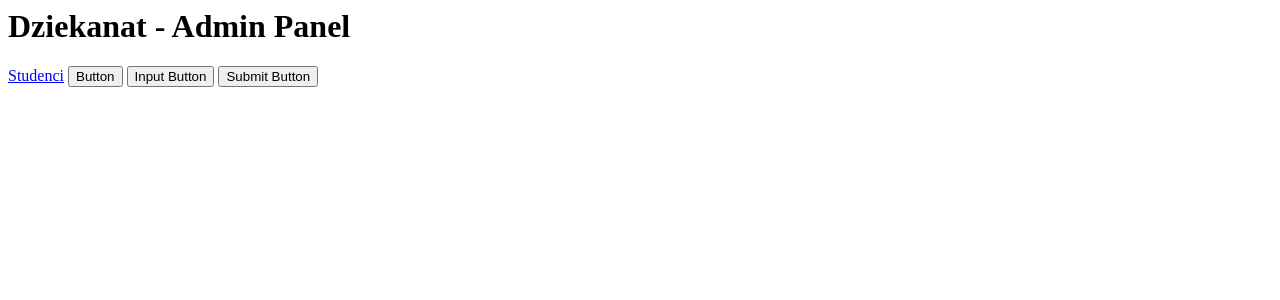
Repository: wojciechDrozd/php
Page: http://localhost/adminMenuBar.php
The author's editor kept a copy of each file at every save. The page is drawn from the files as they stood at one save, then again after the next save.
The browser window is 1280 px wide. The pictures show the whole page.
The page is run by PHP 8.4 with error messages shown; the project is at /var/www/html/.

Above is the page before, as saved 2017-04-12 19:24:51.

After the next save:
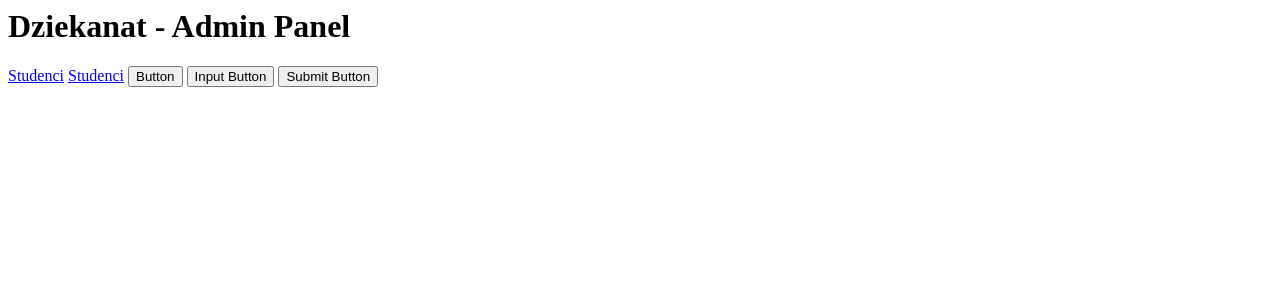
Saved 44 s later.
--- a/1/CRUDexample/adminMenuBar.php
+++ b/1/CRUDexample/adminMenuBar.php
@@ -7,6 +7,7 @@
 	<div class="row">
 		<div class="container">
 			<a href="studentsTable.php" class="btn btn-info" role="button">Studenci</a>
+			<a href="teachersTable.php" class="btn btn-info" role="button">Studenci</a>
 			<button type="button" class="btn btn-info">Button</button>
 			<input type="button" class="btn btn-info" value="Input Button"> <input
 				type="submit" class="btn btn-info" value="Submit Button">
